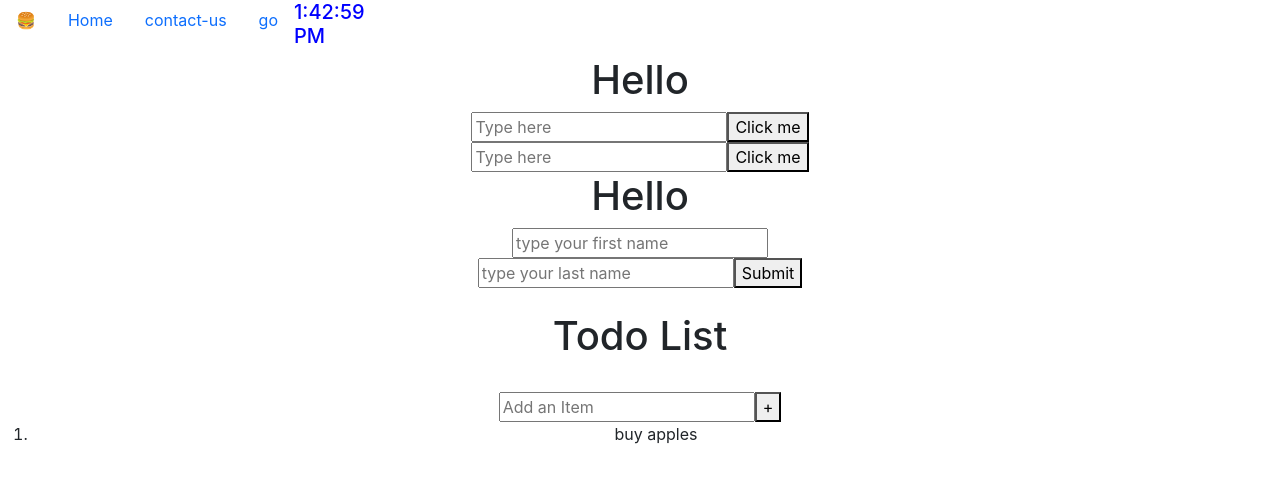
Repository: shah-zx/React-learning
Page: /
The author's editor kept a copy of each file at every save. The page is drawn from the files as they stood at one save, then again after the next save.
The browser window is 1280 px wide. The pictures show the whole page.
The project was rebuilt for these pictures with package versions that can differ from the ones it lists, and the page was loaded fresh each time. Also part of the build but not shown: src/components/Greet.js, src/components/Welcome.js, src/components/Swagat.js, src/components/Namaste.js, src/components/Hello.js, src/components/ayiye.js, src/components/Message.js, src/components/Thought.js and 47 more. Imported but missing from the stored project, and not drawn on this page: src/components/Indexaskeyantipattern.

Above is the page before, as saved 2021-11-12 23:15:28.

After the next save:
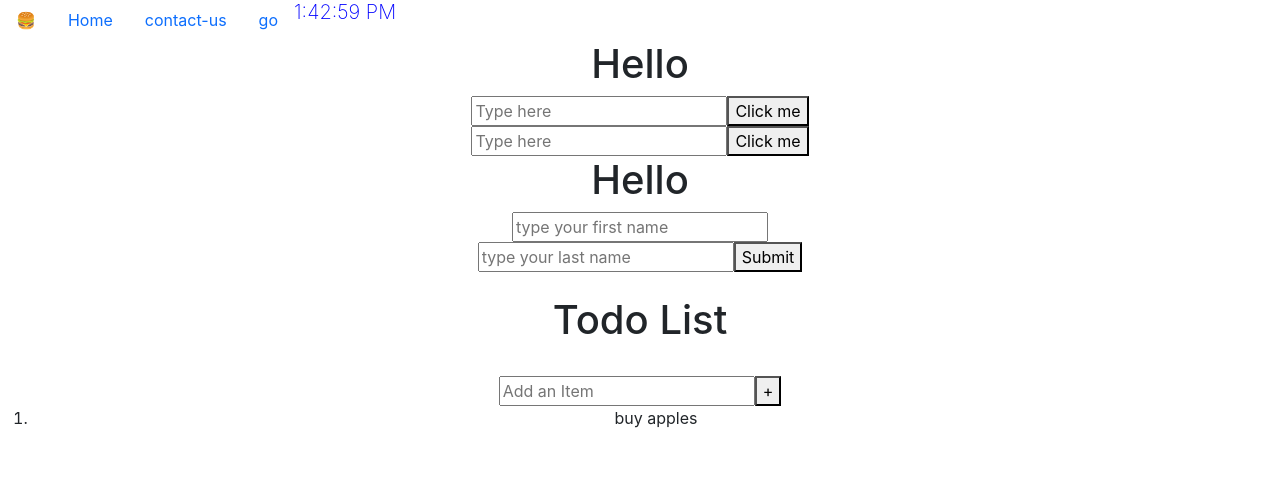
Saved 13 s later.
--- a/src/practice_components/Dclock.jsx
+++ b/src/practice_components/Dclock.jsx
@@ -15,7 +15,7 @@ function Dclock() {
 
     return (
         <>
-            <h3 className = "col-lg-2" style={{color : "blue" , fontSize : "20px"}}>{ctime}</h3>
+            <h3 className = "time" style={{color : "blue" , fontSize : "20px"}}>{ctime}</h3>
         </>
     )
 }
